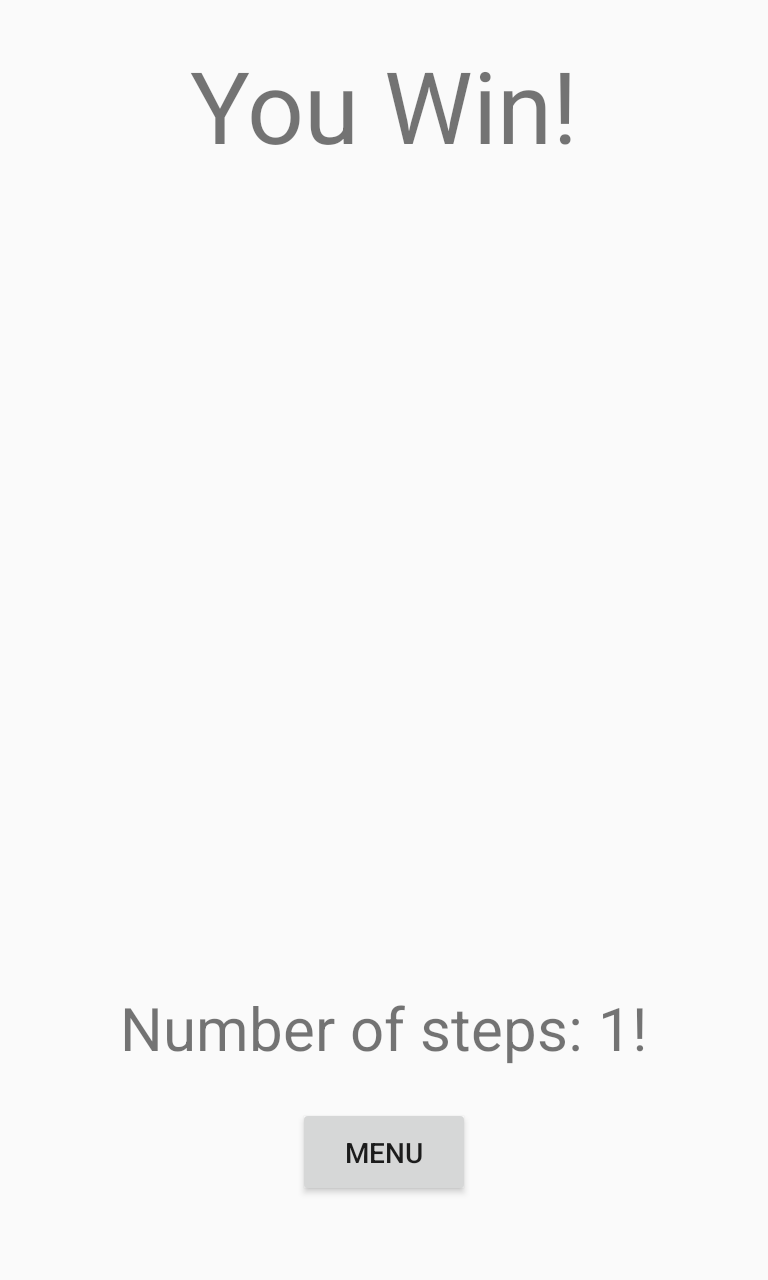
Repository: Rukshar/Native-App
Layout: nPuzzle10694676/nPuzzle10694676/res/layout/you_win.xml
The author's editor kept a copy of each file at every save. The layout is drawn from the files as they stood at one save, then again after the next save.
It is drawn on a 768 x 1280 px phone screen (xhdpi) without system bars, with theme AppTheme; the app's code is not run.

Above is the layout before, as saved 2014-11-20 15:16:56.

### nPuzzle10694676/nPuzzle10694676/res/layout/you_win.xml
<?xml version="1.0" encoding="utf-8"?>
<RelativeLayout xmlns:android="http://schemas.android.com/apk/res/android"
    android:layout_width="match_parent"
    android:layout_height="match_parent"
    android:orientation="vertical" >

    <Button
        android:id="@+id/button1"
        android:layout_width="wrap_content"
        android:layout_height="wrap_content"
        android:layout_alignParentBottom="true"
        android:layout_centerHorizontal="true"
        android:layout_marginBottom="40dp"
        android:text="Menu" />

    <TextView
        android:id="@+id/steps"
        android:layout_width="wrap_content"
        android:layout_height="wrap_content"
        android:layout_alignParentTop="true"
        android:layout_centerHorizontal="true"
        android:layout_marginTop="19dp"
        android:gravity="fill_horizontal"
        android:text="You Win!"
        android:textSize="50dp" />

    <TextView
        android:id="@+id/youwin"
        android:layout_width="wrap_content"
        android:layout_height="wrap_content"
        android:layout_above="@+id/button1"
        android:layout_centerHorizontal="true"
        android:layout_marginBottom="18dp"
        android:gravity="fill_horizontal"
        android:text="Number of steps: 1!"
        android:textSize="30dp" />

</RelativeLayout>

Loaded but not shown: nPuzzle10694676/nPuzzle10694676/res/values/styles.xml (common file); nPuzzle10694676/nPuzzle10694676/res/values-v11/styles.xml (common file); nPuzzle10694676/nPuzzle10694676/res/values-v14/styles.xml (common file)

After the next save:
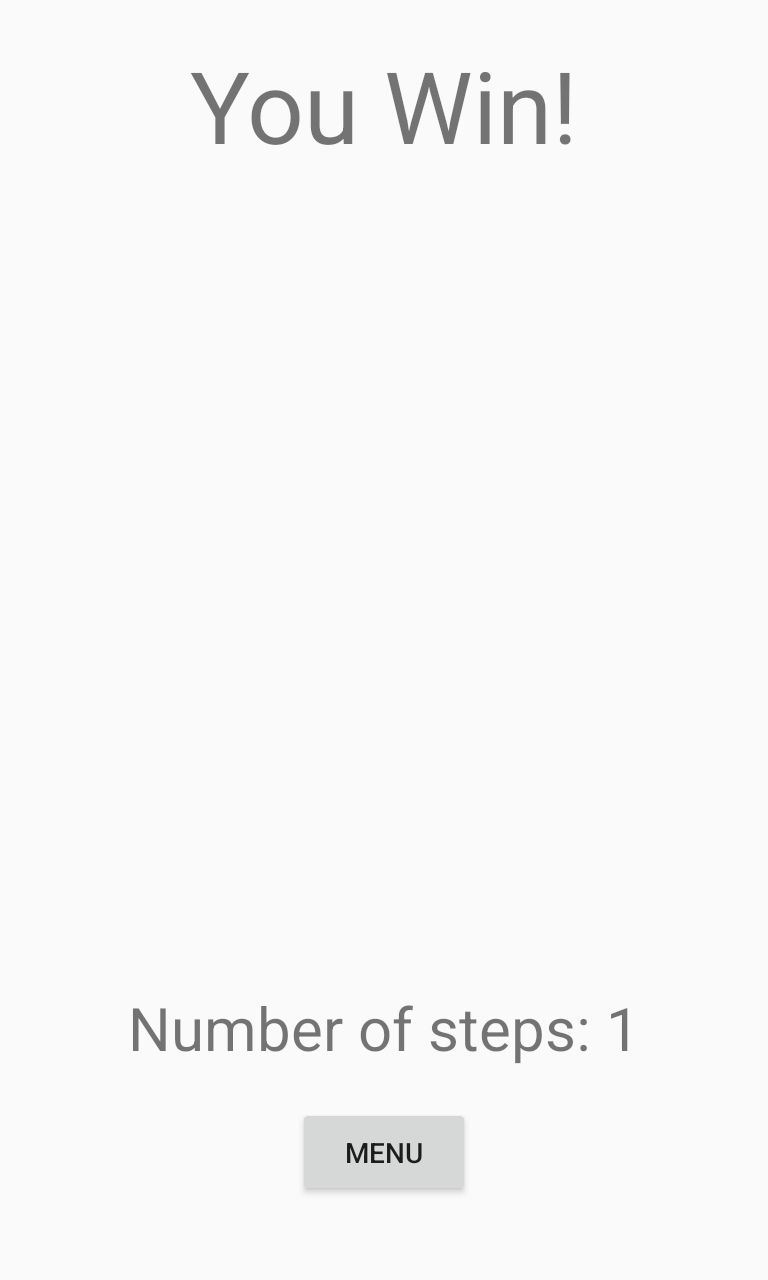
Saved 13 s later.
--- a/nPuzzle10694676/nPuzzle10694676/res/layout/you_win.xml
+++ b/nPuzzle10694676/nPuzzle10694676/res/layout/you_win.xml
@@ -32,7 +32,7 @@
         android:layout_centerHorizontal="true"
         android:layout_marginBottom="18dp"
         android:gravity="fill_horizontal"
-        android:text="Number of steps: 1!"
+        android:text="Number of steps: 1"
         android:textSize="30dp" />
 
 </RelativeLayout>
